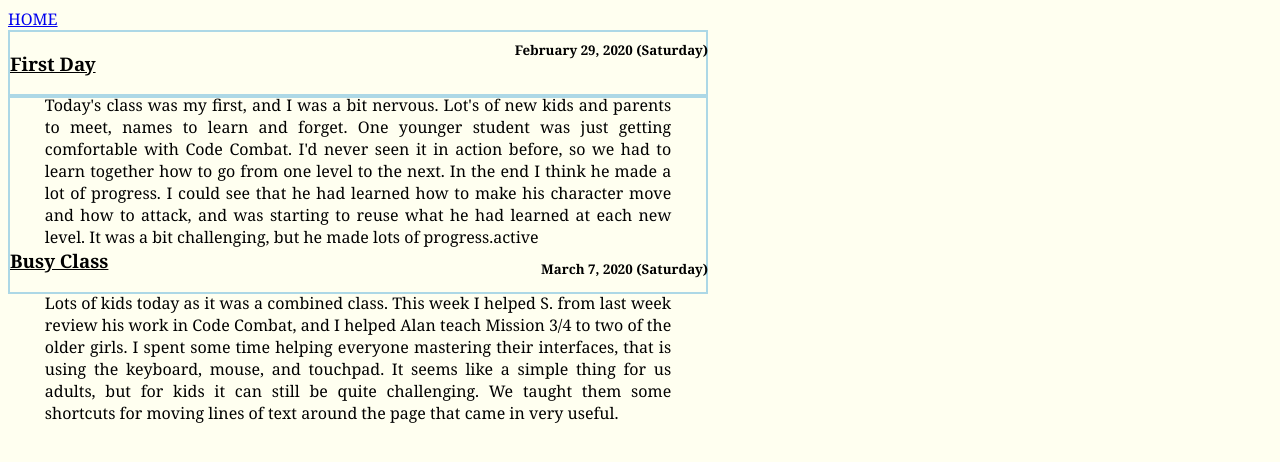
Repository: chocochocosensei/Mission-Exercises
Page: Page1/index.html
These files come from the project's save history. The page is drawn as it stood at one moment and after the next save; the edit follows.
The browser window is 1280 px wide. The pictures show the whole page.

Above is the page before, as saved 2020-03-11 04:08:01.

After the next save:
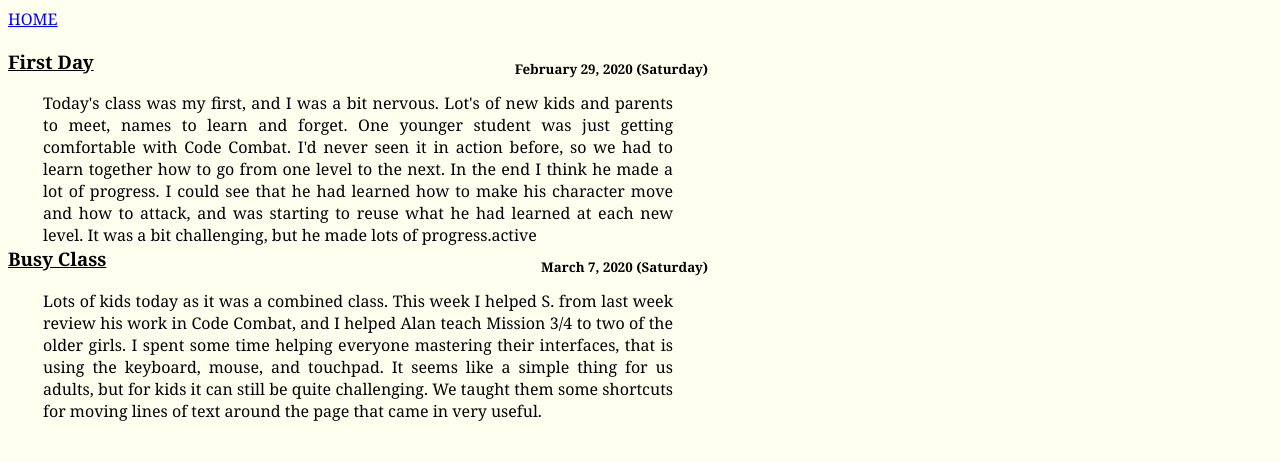
Saved 26 s later.
--- a/style.css
+++ b/style.css
@@ -16,9 +16,7 @@ body {
     z-index: 100;
 }
 
-.section-activity {
-    border: 2pt solid lightblue;
-}
+.section-activity {}
 
 .section-activity .content p {
     margin: 0 5%;
